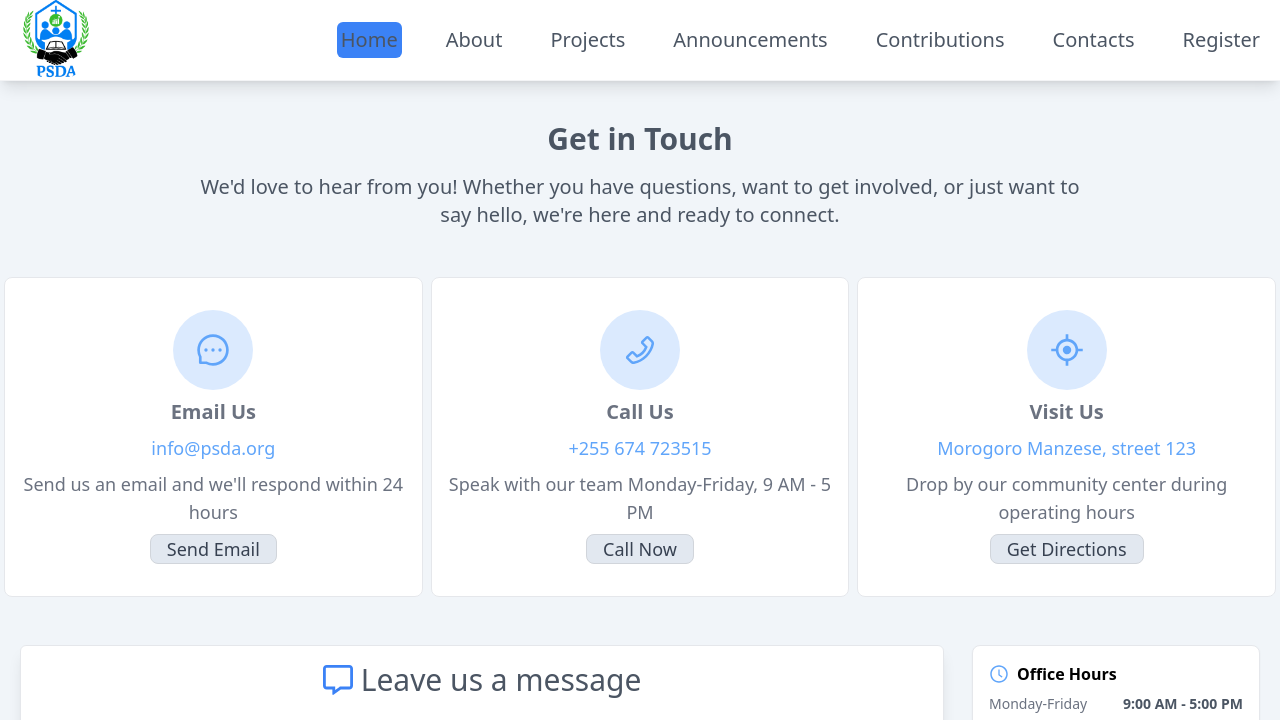
Repository: Zedestar/psda
Page: /contact
An editor plug-in stored every save of this project. The page is shown before and after the next save, followed by the edit.
The browser window is 1280 px wide. The pictures show the whole page.
An inner scrolling area shows only its first screen. The project was rebuilt for these pictures with package versions that can differ from the ones it lists, and the page was loaded fresh each time. Also part of the build but not shown: src/components/cards/primary-card.jsx, src/components/cards/two-lines-card.jsx, src/components/button/full-rounded-button.jsx, src/components/homepic/index.jsx, src/pages/home/what-we-do.js, src/pages/home/what_makes_psda_special_data.js, src/pages/home/make_difference_data.js, src/pages/home/home.jsx and 27 more.

Above is the page before, as saved 2025-08-04 15:47:00.

### public/index.html
<!DOCTYPE html>
<html lang="en">
  <head>
    <meta charset="utf-8" />
    <link rel="icon" href="%PUBLIC_URL%/favicon.ico" />
    <meta name="viewport" content="width=device-width, initial-scale=1" />
    <meta name="theme-color" content="#000000" />
    <meta
      name="description"
      content="Web site created using create-react-app"
    />
    <!-- <link rel="apple-touch-icon" href="%PUBLIC_URL%/psdaImage.png" /> -->
    <!-- <link rel="manifest" href="%PUBLIC_URL%/manifest.json" /> -->

    <title>psda</title>
  </head>
  <body>
    <noscript>You need to enable JavaScript to run this app.</noscript>
    <div id="root"></div>

  </body>
</html>

### src/index.js
import React from "react";
import ReactDOM from "react-dom/client";
import App from "./App";
import "./index.css";
import { BrowserRouter } from "react-router-dom";
import GlobalState from "./context";

const root = ReactDOM.createRoot(document.getElementById("root"));
root.render(
  <BrowserRouter>
    <React.StrictMode>
      <GlobalState>
        <App />
      </GlobalState>
    </React.StrictMode>
  </BrowserRouter>
);

### src/App.js
import { Route, Routes } from "react-router-dom";
import Header from "./components/header/header";
import Home from "./pages/home/home";
import AboutPage from "./pages/about/about";
import Projects from "./pages/projects/projects";
import Announcements from "./pages/announcements/announcements";
import Contributions from "./pages/contirbutions/contributions";
import Contacts from "./pages/contacts/contacts";
import Register from "./pages/register/register.jsx";

function App() {
  return (
    <div className="flex flex-col items-center flex-center h-screen  bg-slate-100">
      <Header />
      <Routes>
        <Route path="/" element={<Home />} />
        <Route path="/about" element={<AboutPage />} />
        <Route path="/projects" element={<Projects />} />
        <Route path="/announcements" element={<Announcements />} />
        <Route path="/contributions" element={<Contributions />} />
        <Route path="/contact" element={<Contacts />} />
        <Route path="/register" element={<Register />} />
      </Routes>
    </div>
  );
}

export default App;

### src/context/index.jsx
import { createContext, useEffect, useState } from "react";

export const GlobalContext = createContext(null);

function GlobalState({ children }) {
  const [subHeader, setSubHeader] = useState(false);

  const [active, setActive] = useState(() => {
    const activeTab = localStorage.getItem("activeTab");
    return activeTab ? JSON.parse(activeTab) : 1;
  });

  useEffect(() => {
    localStorage.setItem("activeTab", active);
  }, [active]);
  return (
    <GlobalContext.Provider
      value={{
        subHeader,
        setSubHeader,
        active,
        setActive,
      }}
    >
      {children}
    </GlobalContext.Provider>
  );
}

export default GlobalState;

### src/components/header/header.jsx
import { useContext } from "react";
import headerData from "./header-data";
import HeaderItem from "./header-item";
import psdaImage from "../../assets/images/psdaImage.png";
import { GlobalContext } from "../../context";
import { FaBars, FaTimes } from "react-icons/fa";

function Header() {
  const { active, setActive, subHeader, setSubHeader } =
    useContext(GlobalContext);
  return (
    <div className="w-full shadow-lg bg-white">
      <div className="w-full flex justify-center">
        <header className="w-full flex items-center justify-between px-4  border-b border-b-gray-100 max-w-screen-2xl">
          <div className="text-3xl rounded-full overflow-hidden">
            <img className="h-20 w-20" src={psdaImage} alt="" />
          </div>{" "}
          <ul className="hidden lg:flex justify-center py-5 space-x-10 flex-center">
            {headerData.map((item) => (
              <HeaderItem
                key={item.id}
                item={item}
                active={active}
                setActive={setActive}
              />
            ))}
          </ul>
          <div
            onClick={() => setSubHeader(!subHeader)}
            className="lg:hidden cursor-pointer hover:bg-blue-600 text-gray-600 hover:text-white transition-all duration-300 p-2 rounded-md "
          >
            {subHeader ? <FaTimes /> : <FaBars />}
          </div>
        </header>
      </div>
      {subHeader && (
        <ul className="lg:hidden flex flex-col items-center justify-center my-2 px-4 space-y-1">
          {headerData.map((item) => (
            <HeaderItem
              key={item.id}
              item={item}
              active={active}
              setActive={setActive}
            />
          ))}
        </ul>
      )}
    </div>
  );
}

export default Header;

### src/pages/contacts/contacts.jsx
import ContactCard from "../../components/cards/contact-card";
import FaceCard from "../../components/cards/face-card";
import Container from "../../components/container";
import Footer from "../../components/footer/footer";
import GridOrganizerContainer from "../../components/gridOrganizerContainer";
import TwoSlotContainer from "../../components/twoSlotContainer/two-slot-container";
import contactData from "./contact-data";
import stayInTouchData from "./stayInTouchData";
import OfficeHours from "./office-hours";
import QuickActionsCard from "./quick-actions-card";
import FindUs from "./find-us";
import { FaRegCommentAlt } from "react-icons/fa";

function Contacts() {
  return (
    <Container>
      {stayInTouchData.map((item) => (
        <FaceCard item={item} />
      ))}

      <GridOrganizerContainer>
        {contactData.map((item) => (
          <ContactCard item={item} key={item.id} />
        ))}
      </GridOrganizerContainer>

      <TwoSlotContainer
        firstSlot={
          <div className="text-gray-500">
            <div className="flex flex-row items-center space-x-2 justify-center">
              <FaRegCommentAlt className="text-3xl text-blue-500" />
              <p className="text-3xl text-gray-600 font-medium">
                Leave us a message
              </p>
            </div>
          </div>
        }
        secondSlot={
          <div className="flex flex-col gap-4">
            <OfficeHours />
            <QuickActionsCard />
            <FindUs />
          </div>
        }
      />

      <Footer />
    </Container>
  );
}

export default Contacts;

### src/components/header/header-data.js
const headerData = [
  {
    id: 1,
    content: "Home",
    link: "/",
  },
  {
    id: 2,
    content: "About",
    link: "/about",
  },
  {
    id: 3,
    content: "Projects",
    link: "/projects",
  },
  {
    id: 4,
    content: "Announcements",
    link: "/announcements",
  },
  {
    id: 5,
    content: "Contributions",
    link: "/contributions",
  },
  {
    id: 6,
    content: "Contacts",
    link: "/contact",
  },
  {
    id: 7,
    content: "Register",
    link: "/register",
  },
];

export default headerData;

### src/components/header/header-item.jsx
import { Link } from "react-router-dom";
import { GlobalContext } from "../../context";
import { useContext } from "react";

function HeaderItem({ item, active, setActive }) {
  const { setSubHeader } = useContext(GlobalContext);
  return (
    <li
      className={`p-1 rounded-md text-xl text-gray-600 font-gray-100 hover:bg-gray-200 transition cursor-pointer w-full ${
        item.id === active ? "bg-blue-500" : ""
      }`}
      onClick={() => {
        setActive(item.id);
        setSubHeader(false);
      }}
    >
      <Link to={item.link}>{item.content}</Link>
    </li>
  );
}

export default HeaderItem;

### src/components/cards/face-card.jsx
function FaceCard({ item }) {
  return (
    <div className="space-y-4 flex flex-col items-center justify-center">
      <p className="text-3xl w-[80%] font-bold text-gray-600 text-center">
        {item.title}
      </p>
      <p className="text-xl w-[70%] text-center text-gray-600">
        {item.description}
      </p>
    </div>
  );
}

export default FaceCard;

### src/components/gridOrganizerContainer/index.jsx
function GridOrganizerContainer({ children }) {
  return (
    <div className="flex items-center justify-center my-14">
      <div className="grid grid-cols-1 md:grid-cols-2 lg:grid-cols-3 max-w-screen-2xl">
        {children}
      </div>
    </div>
  );
}

export default GridOrganizerContainer;

### src/components/footer/footer.jsx
import followUsData from "./followUsData";
import contactInfoData from "./contactUsData";
import headerData from "../header/header-data";
import { GlobalContext } from "../../context";
import { Link } from "react-router-dom";
import { useContext } from "react";

function Footer() {
  const { setActive } = useContext(GlobalContext);
  return (
    <div className="w-full flex flex-col space-y-4 py-2 px-6 border-t-2">
      <div className="grid xs:grid-cols-1  sm:grid-cols-2 md:grid-cols-4 my-3 gap-4">
        <div>
          <p className="font-bold text-lg">PSDA</p>
          <p>
            Empowering children and youth to create positive change in their
            communities through education, collaboration, and meaningful
            projects
          </p>
        </div>
        <div>
          <p className="font-bold text-lg">Quick Link</p>
          <ul className="space-y-1">
            {headerData.map((item) => (
              <li key={item.id} className="hover:underline">
                <Link to={item.link} onClick={() => setActive(item.id)}>
                  {item.content}
                </Link>
              </li>
            ))}
          </ul>
        </div>
        <div>
          <p className="font-bold text-lg">Contact</p>
          <ul className="space-y-1">
            {contactInfoData.map((item) => (
              <li key={item.id} className="flex items-center space-x-2">
                {item.icon}
                <a href={item.link} target="_blank" rel="noopener noreferrer">
                  {item.label}
                </a>
              </li>
            ))}
          </ul>
        </div>
        <div>
          <p className="font-bold text-lg">Follow us</p>
          <ul className="space-y-1">
            {followUsData.map((item) => (
              <li key={item.id} className="flex items-center space-x-2">
                {item.IconBase}
                <a href={item.link} target="_blank" rel="noopener noreferrer">
                  {item.name}
                </a>
              </li>
            ))}
          </ul>
        </div>
      </div>
      <hr className="bg-blue-500"></hr>
      <div className="flex justify-between items-center">
        <div> PSDA Community. All rights reserved</div>
        <div>Privacy policy Term of service</div>
      </div>
    </div>
  );
}

export default Footer;

### src/components/container/index.jsx
function Container({ children }) {
  return (
    <div className="w-full h-full flex justify-center overflow-x-scroll">
      <div className="w-full h-full py-10 space-y-10 max-w-screen-2xl flex flex-col items-center">
        {children}
      </div>
    </div>
  );
}

export default Container;

### src/components/min-container/min-container-inside-content.jsx
function MinContianerInsideContent({ children }) {
  return (
    <div className="flex items-center justify-center my-2">{children}</div>
  );
}

export default MinContianerInsideContent;

### src/pages/contirbutions/other_way_to_support_us_card_data.js
import {
  AiOutlineTeam,
  AiOutlineHeart,
  AiOutlineApartment,
} from "react-icons/ai";

const other_way_to_support_us_card_data = [
  {
    id: 1,
    icon: <AiOutlineTeam className="text-4xl text-blue-500 " />,
    title: "Volunteer Your Time",
    content: "Share your skills and passion with our community members.",
    buttonText: "Learn About Volunteering",
    cardBgColor: "bg-gray-200",
  },
  {
    id: 2,
    icon: <AiOutlineHeart className="text-4xl text-blue-500" />,
    title: "Spread the Word",
    content: "Help us reach more families by sharing our mission.",
    buttonText: "Share Our Story",
    cardBgColor: "bg-gray-200",
  },
  {
    id: 3,
    icon: <AiOutlineApartment className="text-4xl text-blue-500" />,
    title: "Corporate Partnership",
    content: "Partner with us for employee engagement and community impact.",
    buttonText: "Explore Partnership",
    cardBgColor: "bg-gray-200",
  },
];

export default other_way_to_support_us_card_data;

### src/pages/contirbutions/method_of_contributing.js
import { AiOutlineBank, AiOutlinePhone, AiOutlineApi } from "react-icons/ai";

const method_of_contributing = [
  {
    id: 1,
    icon: <AiOutlineApi className="text-3xl text-blue-500" />,
    title: "Online Donation",
    content: "Secure online payments via credit card or PayPal",
    buttonText: "Donate Now",
    cardBgColor: "bg-white",
  },
  {
    id: 2,
    icon: <AiOutlinePhone className="text-3xl text-blue-500" />,
    title: "Mobile Money",
    content: "M-Pesa, Airtel Money, Mixx By Yas, Halo-Pesa",
    buttonText: "Send Payment",
    cardBgColor: "bg-white",
  },
  {
    id: 3,
    icon: <AiOutlineBank className="text-3xl text-blue-500" />,
    title: "Bank Transfer",
    content: "Direct bank transfer to our community account",
    buttonText: "Get Details",
    cardBgColor: "bg-white",
  },
];

export default method_of_contributing;

//  id: 1,
//     icon: <AiOutlineTeam className="text-4xl text-blue-500 " />,
//     title: "Volunteer Your Time",
//     content: "Share your skills and passion with our community members.",
//     buttonText: "Learn About Volunteering",
//     cardBgColor: "bg-transparent",

### src/components/cards/contact-card.jsx
import RectangularRoundedButton from "../button/rectangular-rounded-button";
import MinContianerInsideContent from "../min-container/min-container-inside-content";

function ContactCard({ item }) {
  return (
    <div
      className={`border border-solid border-gray-200 bg-white flex flex-col justify-center mx-1 my-2 space-y-2 py-8 px-4  rounded-lg text-center max-w-lg hover:shadow-lg transition `}
    >
      <div className="w-full flex items-center justify-center">
        <div
          className={`flex items-center bg-blue-100 justify-center rounded-full  w-20 h-20`}
        >
          {item.icon}
        </div>
      </div>

      <p className="text-xl font-bold text-gray-500">{item.title}</p>
      <p className="text-lg font-medium text-blue-400">{item.subTitle}</p>
      <p className="text-lg text-gray-500">{item.content}</p>
      <MinContianerInsideContent>
        <RectangularRoundedButton
          text={item.buttonText}
          textColor={"text-gray-700"}
          hoverTextColor={"text-white"}
          bgColor={"bg-slate-200"}
          hoverBgColor={"bg-blue-400"}
        />
      </MinContianerInsideContent>
    </div>
  );
}

export default ContactCard;

### src/components/twoSlotContainer/two-slot-container.jsx
function TwoSlotContainer({ firstSlot, secondSlot }) {
  return (
    <div className="flex flex-col md:flex-row justify-between px-5 gap-7 w-full">
      <div className="bg-white border border-gray-200 shadow-lg flex-1 h-screen p-4 rounded-md">
        {firstSlot}
      </div>

      <div className=" sm:w-72 rounded-lg">{secondSlot}</div>
    </div>
  );
}

export default TwoSlotContainer;

### src/pages/contacts/contact-data.js
import { AiOutlineAim, AiOutlineMessage, AiOutlinePhone } from "react-icons/ai";

const contactData = [
  {
    id: 1,
    icon: <AiOutlineMessage className="text-4xl text-blue-400 " />,
    title: "Email Us",
    subTitle: "info@psda.org",
    content: "Send us an email and we'll respond within 24 hours",
    buttonText: "Send Email",
    cardBgColor: "bg-gray-200",
  },
  {
    id: 2,
    icon: <AiOutlinePhone className="text-4xl text-blue-400" />,
    title: "Call Us",
    subTitle: "+255 674 723515",
    content: "Speak with our team Monday-Friday, 9 AM - 5 PM",
    buttonText: "Call Now",
    cardBgColor: "bg-gray-200",
  },
  {
    id: 3,
    icon: <AiOutlineAim className="text-4xl text-blue-400" />,
    title: "Visit Us",
    subTitle: "Morogoro Manzese, street 123",
    content: "Drop by our community center during operating hours",
    buttonText: "Get Directions",
    cardBgColor: "bg-gray-200",
  },
];

export default contactData;

### src/pages/contacts/stayInTouchData.js
const stayInTouchData = [
  {
    id: 1,
    title: "Get in Touch",
    description:
      "We'd love to hear from you! Whether you have questions, want to get involved, or just want to say hello, we're here and ready to connect.",
  },
];

export default stayInTouchData;

### src/pages/contacts/office-hours.jsx
import { AiOutlineClockCircle } from "react-icons/ai";

function OfficeHours() {
  return (
    <ul className="bg-white border border-gray-200 shadow-sm p-4 rounded-lg hover:shadow-xl transition-all duration-300 space-y-2">
      <li className="flex items-center justify-start space-x-2">
        <AiOutlineClockCircle className="text-xl text-blue-400 font-bold" />
        <p className="font-bold">Office Hours</p>
      </li>
      <li className="flex flex-row items-center justify-between">
        <p
          className="text-gray-500 text-sm md:text-md
                "
        >
          Monday-Friday
        </p>
        <p className="font-bold text-sm md:text-md text-gray-600">
          9:00 AM - 5:00 PM
        </p>
      </li>
      <li className="flex flex-row items-center justify-between">
        <p className="text-gray-500 text-sm md:text-md">Saturday</p>
        <p className="font-bold text-sm md:text-md text-gray-600">
          10:00 AM - 3:00 PM
        </p>
      </li>
      <li className="flex flex-row items-center justify-between">
        <p className="text-gray-500 text-sm md:text-md">Sunday</p>
        <p className="font-bold text-sm md:text-md text-gray-600">Closed</p>
      </li>
      <div className="flex flex-row bg-rose-50 p-3 rounded-md mx-4">
        <p className="text-gray-600 text-sm">
          <strong className="text-gray-700 text-sm">Note:</strong> We respond to
          emails and voicemails within 24 hours during business days
        </p>
      </div>
    </ul>
  );
}

export default OfficeHours;

### src/pages/contacts/quick-actions-card.jsx
import ContactActionItem from "./contact-action-item";
import quickActionsDataItem from "./quick-actions-data";

function QuickActionsCard() {
  return (
    <ul className="bg-white border border-gray-200 shadow-sm p-4 rounded-lg hover:shadow-xl transition-all duration-300 space-y-3 text-gray-600">
      <h1 className="text-xl font-bold">Quick Actions</h1>
      {quickActionsDataItem.map((item) => (
        <ContactActionItem item={item} />
      ))}
    </ul>
  );
}

export default QuickActionsCard;

### src/pages/contacts/find-us.jsx
import { FaMapMarkedAlt } from "react-icons/fa";

function FindUs() {
  return (
    <ul className="bg-white border border-gray-200 shadow-sm p-4 rounded-lg hover:shadow-xl transition-all duration-300 space-y-3 text-gray-600">
      <li>
        <h2 className="font-bold">Find Us</h2>
      </li>
      <li className="flex flex-col items-center justify-center space-y-2 rounded-md h-36 w-full bg-gray-200">
        <FaMapMarkedAlt className="text-2xl" />
        <p>Interactive map coming soon</p>
      </li>
      <ul className="text-sm space-y-1">
        <li>PSDA Headquarters</li>
        <li>Community Street</li>
        <li>City state 12345</li>
      </ul>

      <button className="p-1 w-full text-sm hover:bg-blue-500 hover:text-white rounded-lg border border-gray-200 transition-all duration-300">
        Get Directions
      </button>
    </ul>
  );
}

export default FindUs;

### src/components/footer/followUsData.js
import {
  FaTiktok,
  FaFacebookF,
  FaWhatsapp,
  FaTwitter,
  FaInstagram,
} from "react-icons/fa";

const followUsData = [
  {
    id: 1,
    IconBase: <FaTiktok className="text-blue-400" />,
    name: "TikTok",
    link: "https://www.tiktok.com/@psda_org",
  },
  {
    id: 2,
    IconBase: <FaFacebookF className="text-blue-400" />,
    name: "Facebook",
    link: "https://www.facebook.com/psda_org",
  },
  {
    id: 3,
    IconBase: <FaWhatsapp className="text-blue-400" />,
    name: "WhatsApp",
    link: "https://wa.me/+255672743515",
  },
  {
    id: 4,
    IconBase: <FaTwitter className="text-blue-400" />,
    name: "Twitter",
    link: "https://twitter.com/psda_org",
  },
  {
    id: 5,
    IconBase: <FaInstagram className="text-blue-400" />,
    name: "Instagram",
    link: "https://www.instagram.com/psda_org",
  },
];

export default followUsData;

### src/components/footer/contactUsData.js
import { FaEnvelope, FaPhoneAlt, FaMapMarkerAlt } from "react-icons/fa";

const contactInfoData = [
  {
    id: 1,
    icon: <FaEnvelope className="text-blue-400" />,
    label: "info@psda.org",
    link: "mailto:info@psda.org",
  },
  {
    id: 2,
    icon: <FaPhoneAlt className="text-blue-400" />,
    label: "+255 784 584 231",
    link: "tel:+255784584231",
  },
  {
    id: 3,
    icon: <FaMapMarkerAlt className="text-blue-400" />,
    label: "123 Morogoro Manzese",
    link: null, // could add Google Maps if desired
  },
];

export default contactInfoData;

### src/components/button/rectangular-rounded-button.jsx
function RectangularRoundedButton({
  text,
  onclick,
  bgColor,
  textColor,
  hoverBgColor,
  //   hoverTextColor,
}) {
  return (
    <button
      onClick={onclick}
      className={`px-4  rounded-lg text-lg ${textColor} hover:text-white ${bgColor}  hover:${hoverBgColor} transition border border-gray-300`}
    >
      {text}{" "}
    </button>
  );
}

export default RectangularRoundedButton;

### src/pages/contacts/contact-action-item.jsx
import { AiOutlineUsergroupAdd } from "react-icons/ai";

function ContactActionItem({ item }) {
  return (
    <li className="flex flex-row items-start space-x-2 p-3 rounded-lg border border-gray-200">
      <div className="w-[20%] bg-blue-100 p-2 rounded-md flex items-center justify-center">
        <AiOutlineUsergroupAdd className="text-blue-500 text-xl" />
      </div>
      <div className="space-y-1">
        <p className="font-bold">{item.title}</p>
        <p className="text-sm">{item.description}</p>
        <button className="p-1 text-sm hover:bg-blue-500 hover:text-white rounded-lg border border-gray=200 transiton-all duration-300">
          {item.buttonText}
        </button>
      </div>
    </li>
  );
}

export default ContactActionItem;

### src/pages/contacts/quick-actions-data.js
const quickActionsDataItem = [
  {
    title: "Join Our Programs",
    description:
      "Ready to get involved? Register for our programs and start making a difference.",
    icon: "users",
    buttonText: "Register Now",
  },
  {
    title: "Schedule a Visit",
    description:
      "Want to see our facilities? Schedule a tour of our community center.",
    icon: "calendar",
    buttonText: "Book Tour",
  },
  {
    title: "Volunteer Information",
    description:
      "Interested in volunteering? Get information about opportunities.",
    icon: "chat-bubble",
    buttonText: "Learn More",
  },
];

export default quickActionsDataItem;

### tailwind.config.js
/** @type {import('tailwindcss').Config} */
module.exports = {
  content: ["./src/**/*.{js,jsx,ts,tsx}"],
  theme: {
    extend: {
      colors: {
        psdaGreen: "#1A8F57",
      },
    },
  },
  plugins: [],
};

Loaded but not shown: src/index.css (common file); src/pages/about/core-objective-goals-data.js (57 lines, source omitted); src/pages/home/psda-highlights.js (48 lines, source omitted); src/pages/about/mission-vission-impact.js (34 lines, source omitted); src/components/homepic/index.css (no stored copy; drawn as an empty file)

After the next save:
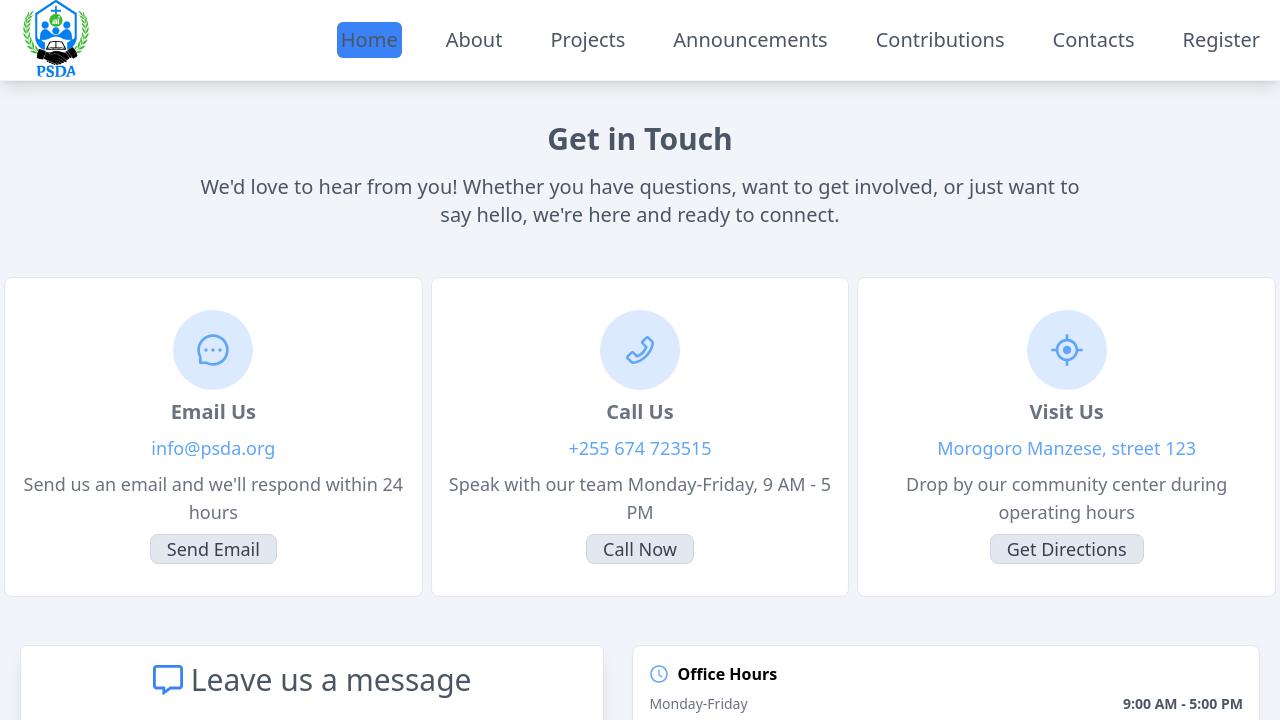
Saved 44 s later.
--- a/src/components/twoSlotContainer/two-slot-container.jsx
+++ b/src/components/twoSlotContainer/two-slot-container.jsx
@@ -5,7 +5,7 @@ function TwoSlotContainer({ firstSlot, secondSlot }) {
         {firstSlot}
       </div>
 
-      <div className=" sm:w-72 rounded-lg">{secondSlot}</div>
+      <div className="  rounded-lg">{secondSlot}</div>
     </div>
   );
 }
